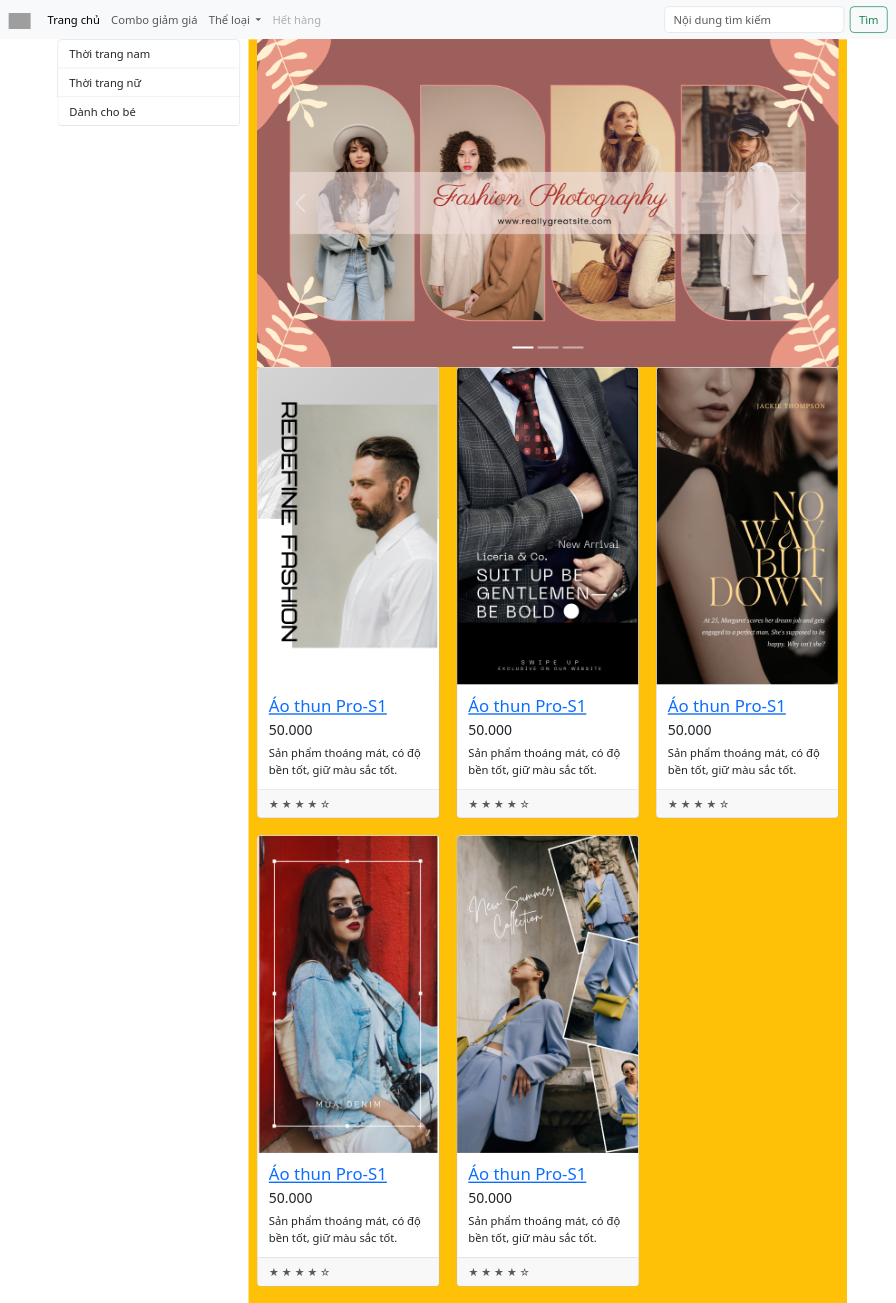
Repository: vnmk1/jsp_servlet-tutorials
Page: Bai4_Bootstrap/src/main/webapp/index.html
An editor plug-in stored every save of this project. The page is shown before and after the next save, followed by the edit.
The browser window is 1280 px wide. The pictures show the whole page, at 70% of full size.
Pictures or frames that could not be fetched are drawn as grey boxes.

Above is the page before, as saved 2023-07-17 09:36:47.

### Bai4_Bootstrap/src/main/webapp/index.html
<!DOCTYPE html>
<html>
<head>
<meta charset="UTF-8">
<title>Ví dụ Bootstrap</title>
<link href="https://cdn.jsdelivr.net/npm/bootstrap@5.3.0/dist/css/bootstrap.min.css" rel="stylesheet" integrity="sha384-9ndCyUaIbzAi2FUVXJi0CjmCapSmO7SnpJef0486qhLnuZ2cdeRhO02iuK6FUUVM" crossorigin="anonymous">
<script src="https://cdn.jsdelivr.net/npm/@popperjs/core@2.11.8/dist/umd/popper.min.js" integrity="sha384-I7E8VVD/ismYTF4hNIPjVp/Zjvgyol6VFvRkX/vR+Vc4jQkC+hVqc2pM8ODewa9r" crossorigin="anonymous"></script>
<script src="https://cdn.jsdelivr.net/npm/bootstrap@5.3.0/dist/js/bootstrap.min.js" integrity="sha384-fbbOQedDUMZZ5KreZpsbe1LCZPVmfTnH7ois6mU1QK+m14rQ1l2bGBq41eYeM/fS" crossorigin="anonymous"></script>
</head>
<body>
<!-- Navbar -->
	<nav class="navbar navbar-expand-lg bg-body-tertiary">
	  <div class="container-fluid">
	    <a class="navbar-brand" href="#">
	      <img src="https://titv.vn/wp-content/uploads/2022/08/Screenshot-2023-01-29-230321.png" alt="Bootstrap" height="24">
	    </a>
	    <button class="navbar-toggler" type="button" data-bs-toggle="collapse" data-bs-target="#navbarSupportedContent" aria-controls="navbarSupportedContent" aria-expanded="false" aria-label="Toggle navigation">
	      <span class="navbar-toggler-icon"></span>
	    </button>
	    <div class="collapse navbar-collapse" id="navbarSupportedContent">
	      <ul class="navbar-nav me-auto mb-2 mb-lg-0">
	        <li class="nav-item">
	          <a class="nav-link active" aria-current="page" href="#">Trang chủ</a>
	        </li>
	        <li class="nav-item">
	          <a class="nav-link" href="#">Combo giảm giá</a>
	        </li>
	        <li class="nav-item dropdown">
	          <a class="nav-link dropdown-toggle" href="#" role="button" data-bs-toggle="dropdown" aria-expanded="false">
	            Thể loại
	          </a>
	          <ul class="dropdown-menu">
	            <li><a class="dropdown-item" href="#">Quần Jean</a></li>
	            <li><a class="dropdown-item" href="#">Áo Thung</a></li>
	            <li><hr class="dropdown-divider"></li>
	            <li><a class="dropdown-item" href="#">Áo sơ mi</a></li>
	          </ul>
	        </li>
	        <li class="nav-item">
	          <a class="nav-link disabled">Hết hàng</a>
	        </li>
	      </ul>
	      <form class="d-flex" role="search">
	        <input class="form-control me-2" type="search" placeholder="Nội dung tìm kiếm" aria-label="Search">
	        <button class="btn btn-outline-success" type="submit">Tìm</button>
	      </form>
	    </div>
	  </div>
	</nav>
<!-- End -->

<!-- Page content -->
<div class="container ">
	<div class="row">
		<!-- Menu left-->
		<div class="col-lg-3">
			<div class="list-group">
			  <a href="#" class="list-group-item">
			    Thời trang nam
			  </a>
			  <a href="#" class="list-group-item list-group-item-action">Thời trang nữ</a>
			  <a href="#" class="list-group-item list-group-item-action">Dành cho bé</a>
			</div>
	    </div>
		<!-- End Menu left-->

		<!-- Slider and Products -->
	    <div class="col-lg-9 bg-warning">
			<!-- Slider -->
			<div id="carouselExampleIndicators" class="carousel slide">
			  <div class="carousel-indicators">
			    <button type="button" data-bs-target="#carouselExampleIndicators" data-bs-slide-to="0" class="active" aria-current="true" aria-label="Slide 1"></button>
			    <button type="button" data-bs-target="#carouselExampleIndicators" data-bs-slide-to="1" aria-label="Slide 2"></button>
			    <button type="button" data-bs-target="#carouselExampleIndicators" data-bs-slide-to="2" aria-label="Slide 3"></button>
			  </div>
			  <div class="carousel-inner">
			    <div class="carousel-item active">
			      <img src="img/slider/1.png" class="d-block w-100" alt="...">
			    </div>
			    <div class="carousel-item">
			      <img src="img/slider/2.png" class="d-block w-100" alt="...">
			    </div>
			    <div class="carousel-item">
			      <img src="img/slider/3.png" class="d-block w-100" alt="...">
			    </div>
			  </div>
			  <button class="carousel-control-prev" type="button" data-bs-target="#carouselExampleIndicators" data-bs-slide="prev">
			    <span class="carousel-control-prev-icon" aria-hidden="true"></span>
			    <span class="visually-hidden">Previous</span>
			  </button>
			  <button class="carousel-control-next" type="button" data-bs-target="#carouselExampleIndicators" data-bs-slide="next">
			    <span class="carousel-control-next-icon" aria-hidden="true"></span>
			    <span class="visually-hidden">Next</span>
			  </button>
			</div>
			<!-- End Slider -->


			<!-- Product -->
			<div class="row">
				<div class="col-lg-4 col-md-6 mb-4">
					<div class="card h-100">
						<a href="#"><img class="card-img-top"
							src="img/products/1.png" alt=""></a>
						<div class="card-body">
							<h4 class="card-title">
								<a href="#">Áo thun Pro-S1</a>
							</h4>
							<h5>50.000</h5>
							<p class="card-text">Sản phẩm thoáng mát, có độ bền tốt, giữ
								màu sắc tốt.</p>
						</div>
						<div class="card-footer">
							<small class="text-muted">&#9733; &#9733; &#9733;
								&#9733; &#9734;</small>
						</div>
					</div>
				</div>

				<div class="col-lg-4 col-md-6 mb-4">
					<div class="card h-100">
						<a href="#"><img class="card-img-top"
							src="img/products/2.png" alt=""></a>
						<div class="card-body">
							<h4 class="card-title">
								<a href="#">Áo thun Pro-S1</a>
							</h4>
							<h5>50.000</h5>
							<p class="card-text">Sản phẩm thoáng mát, có độ bền tốt, giữ
								màu sắc tốt.</p>
						</div>
						<div class="card-footer">
							<small class="text-muted">&#9733; &#9733; &#9733;
								&#9733; &#9734;</small>
						</div>
					</div>
				</div>

				<div class="col-lg-4 col-md-6 mb-4">
					<div class="card h-100">
						<a href="#"><img class="card-img-top"
							src="img/products/3.png" alt=""></a>
						<div class="card-body">
							<h4 class="card-title">
								<a href="#">Áo thun Pro-S1</a>
							</h4>
							<h5>50.000</h5>
							<p class="card-text">Sản phẩm thoáng mát, có độ bền tốt, giữ
								màu sắc tốt.</p>
						</div>
						<div class="card-footer">
							<small class="text-muted">&#9733; &#9733; &#9733;
								&#9733; &#9734;</small>
						</div>
					</div>
				</div>

				<div class="col-lg-4 col-md-6 mb-4">
					<div class="card h-100">
						<a href="#"><img class="card-img-top"
							src="img/products/4.png" alt=""></a>
						<div class="card-body">
							<h4 class="card-title">
								<a href="#">Áo thun Pro-S1</a>
							</h4>
							<h5>50.000</h5>
							<p class="card-text">Sản phẩm thoáng mát, có độ bền tốt, giữ
								màu sắc tốt.</p>
						</div>
						<div class="card-footer">
							<small class="text-muted">&#9733; &#9733; &#9733;
								&#9733; &#9734;</small>
						</div>
					</div>
				</div>

				<div class="col-lg-4 col-md-6 mb-4">
					<div class="card h-100">
						<a href="#"><img class="card-img-top"
							src="img/products/5.png" alt=""></a>
						<div class="card-body">
							<h4 class="card-title">
								<a href="#">Áo thun Pro-S1</a>
							</h4>
							<h5>50.000</h5>
							<p class="card-text">Sản phẩm thoáng mát, có độ bền tốt, giữ
								màu sắc tốt.</p>
						</div>
						<div class="card-footer">
							<small class="text-muted">&#9733; &#9733; &#9733;
								&#9733; &#9734;</small>
						</div>
					</div>
				</div>
			</div>
			<!-- End Product -->
		</div>
		<!-- End Slider and Products -->
</div>

<!-- End -->
</body>
</html>

After the next save:
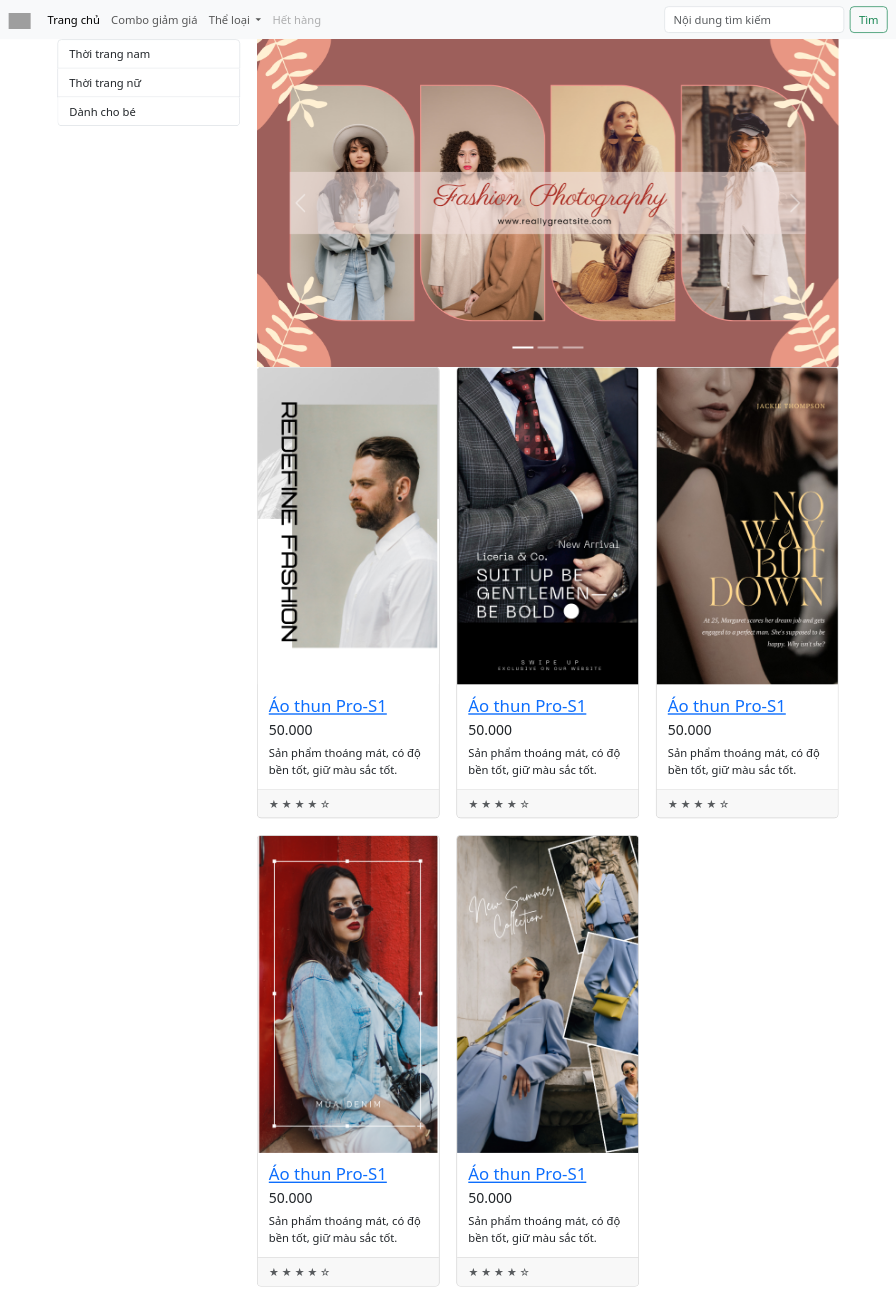
Saved 83 s later.
--- a/Bai4_Bootstrap/src/main/webapp/index.html
+++ b/Bai4_Bootstrap/src/main/webapp/index.html
@@ -65,7 +65,7 @@
 		<!-- End Menu left-->
 
 		<!-- Slider and Products -->
-	    <div class="col-lg-9 bg-warning">
+	    <div class="col-lg-9">
 			<!-- Slider -->
 			<div id="carouselExampleIndicators" class="carousel slide">
 			  <div class="carousel-indicators">
